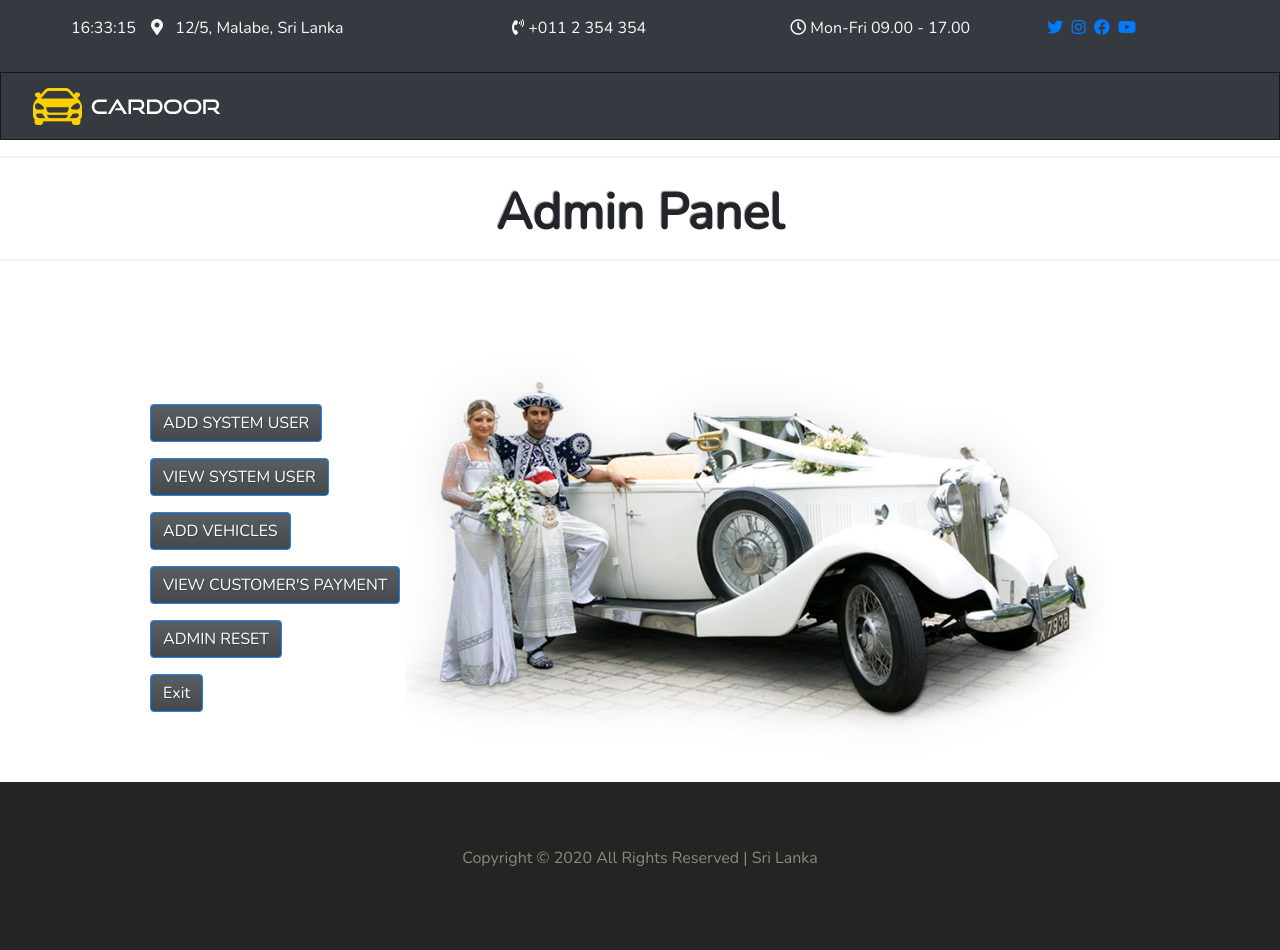
Repository: NipunLakshan99/Cardoor
Page: RentCar/WebContent/index.html
The author's editor kept a copy of each file at every save. The page is drawn from the files as they stood at one save, then again after the next save.
The browser window is 1280 px wide. The pictures show the whole page.
Some web libraries are served in a nearby version.

Above is the page before, as saved 2020-05-15 09:04:06.

### RentCar/WebContent/index.html
<!DOCTYPE html>
<html>
<head>
<meta charset="ISO-8859-1">
<meta http-equiv="Content-Type" content="text/html; charset=ISO-8859-1">
		<link rel="stylesheet" href="https://stackpath.bootstrapcdn.com/bootstrap/4.3.1/css/bootstrap.min.css" integrity="sha384-ggOyR0iXCbMQv3Xipma34MD+dH/1fQ784/j6cY/iJTQUOhcWr7x9JvoRxT2MZw1T" crossorigin="anonymous">
		<link rel="stylesheet" href="https://bootswatch.com/4/slate/bootstrap.min.css" >
        <link rel="stylesheet" href="https://stackpath.bootstrapcdn.com/bootstrap/4.3.1/css/bootstrap.min.css" integrity="sha384-ggOyR0iXCbMQv3Xipma34MD+dH/1fQ784/j6cY/iJTQUOhcWr7x9JvoRxT2MZw1T" crossorigin="anonymous">
        <link href="https://fonts.googleapis.com/css?family=Nunito" rel="stylesheet">
        <link rel="stylesheet" href="https://use.fontawesome.com/releases/v5.8.2/css/all.css" integrity="sha384-oS3vJWv+0UjzBfQzYUhtDYW+Pj2yciDJxpsK1OYPAYjqT085Qq/1cq5FLXAZQ7Ay" crossorigin="anonymous">
        <link rel="stylesheet" href="CSS/stylesheet.css">
        <link rel="shortcut icon" href="CSS/favicon.ico" type="image/x-icon" />

<title>Admin Home</title>
</head>
<style>
 body{
  font-family: 'Nunito';
 }
 </style>
<title>Insert title here</title>
<body onload="startTime()">
<!--- Clock Display ------>
        <script>
            function startTime() {
                var today = new Date();
                var h = today.getHours();
                var m = today.getMinutes();
                var s = today.getSeconds();
                m = checkTime(m);
                s = checkTime(s);
                document.getElementById('txt').innerHTML =
                        h + ":" + m + ":" + s;
                var t = setTimeout(startTime, 500);
            }
            function checkTime(i) {
                if (i < 10) {
                    i = "0" + i
                }
                ;  // add zero in front of numbers < 10
                return i;
            }
        </script>

        <!------------------------------->


        <div class="preloader bg-dark text-light" >
            <div class="preloader-spinner" >


                <div id="header-top" class="d-none d-xl-block">
                    <div class="container">
                        <div class="row">

                            <div class="loader-content">
                                <!--<img src="CSS/img/preloader.gif">-->
                                <p id="txt"></p>

                            </div>

                            <div class="col-lg-3 text-left ">
                                <i class="fas fa-map-marker-alt"></i> &nbsp; 12/5, Malabe, Sri Lanka
                            </div>&nbsp;&nbsp;&nbsp;&nbsp;

                            <div class="col-lg-3 text-center">
                                <i class="fas fa-phone-volume"></i> +011 2 354 354
                            </div>&nbsp;&nbsp;&nbsp;&nbsp;

                            <div class="col-lg-3 text-center">
                                <i class="far fa-clock"></i> Mon-Fri 09.00 - 17.00
                            </div>&nbsp;&nbsp;&nbsp;&nbsp;&nbsp;&nbsp;


                            <div class="header-social-icons text-right">
                                <a href="#"><i class="fab fa-twitter"></i></a>&nbsp;
                                <a href="#"><i class="fab fa-instagram"></i></a>&nbsp;
                                <a href="#"><i class="fab fa-facebook"></i></a>&nbsp;
                                <a href="#"><i class="fab fa-youtube"></i></a>&nbsp;
                            </div>
                        </div>
                    </div>
                </div>
            </div>
        </div>
	 <nav class="navbar navbar-expand-lg navbar-dark bg-dark">
	 <div class="col-lg-4">
                        <a href="index.html" class="logo">
                            <img src="CSS/img/logo.png" alt="JSOFT">
                        </a>
                    </div>
  		<div class="collapse navbar-collapse" id="navbarColor02">
    	<ul class="navbar-nav mr-auto">
        <li class="nav-item active">

  		</div>
		</nav>
        <!-- /.row -->
        <section>

            <hr>
            <h1><b>Admin Panel</b></h1>
            <hr>

	<h1 style="color: #ffffff; margin-left: 580px;"></h1><br/><br/><br/>



	 <div class="btn-group-vertical" data-toggle="buttons">
	 	<a href="editSysform.jsp"><button type="button" class="btn btn-primary">ADD SYSTEM USER</button></a>
 		 <a href="viewsystemuser.jsp"><button type="button" class="btn btn-primary">VIEW SYSTEM USER</button></a>
  		 <a href="vehicleform.html"><button type="button" class="btn btn-primary">ADD VEHICLES</button></a>
  		 <a href="viewbookings.jsp"><button type="button" class="btn btn-primary">VIEW CUSTOMER'S PAYMENT</button></a>
  		 <a href="viewbookings.jsp"><button type="button" class="btn btn-primary">ADMIN RESET</button></a>
 		 <a href="Home.jsp"><button type="button" class="btn btn-primary">Exit</button></a>

	 </div>
	 <img src="CSS/img/vehicle/wedding.jpg" width="700" height="400" class="img"/>
	 <br/>
	 <br/>

 	<section id="adddriver" class="py-5" style=" background-color: #242422;">
		<div class="footer-bottom-area">
        	<div class="container">
           		 <div class="row">
               		 <div class="col-lg-12 text-center">
                    	<p style="color: #8a8a7c;">Copyright &copy; <script>document.write(new Date().getFullYear());</script> All Rights Reserved | Sri Lanka</p>
               		 </div>
            	 </div>
            </div>
        </div>


        </section>
</body>
</html>

### RentCar/WebContent/CSS/stylesheet.css
.btn-group-vertical{

  margin-left: 150px;
}

.align text-light{
	color:black;

}

.bg-light{
	border: 1px solid 	#000000;
    margin-bottom: 25px;
}

.btn-group-vertical input[type=button]{
	width: 100%;
	height: 30px;
 	position: relative;
 	margin-left: 150px;
	}

.adddriverform{
	margin-left: 150px;
}

.viewdrivers{
	margin-left: 150px;
}

.editdriverform{
	margin-left: 150px;
}




.loginform{
		width: 100%;
  		padding: 12px 20px;
  		margin: 8px 0;
  		display: inline-block;
  		border: 1px solid #cc;
  		background: #f1f1f1;
  		box-sizing: border-box;
}

.userimg{
	margin-left:1000px;
}

.adminlogin{
	width:50%;
	margin-left: 350px;
}

.feedbackform{
	margin-left: 150px;
}

#message {
  display:none;
  background: #f1f1f1;
  color: #000;
  position: relative;
  padding: 20px;
  margin-top: 10px;
}

#message p {
  padding: 10px 35px;
  font-size: 18px;
}


.wed img{
	position:absolute;
	left:700px;
	margin-left: 70px;
	top:395px;

}

.benz img{
	position:absolute;
	left:550px;
	margin-left: 70px;
	top:350px;

}


.loginbox{
    width: 320px;
    height: 420px;
    background: #000;
    color: #fff;
    top: 50%;
    left: 50%;
    position: absolute;
    transform: translate(-50%,-50%);
    box-sizing: border-box;
    padding: 70px 30px;
}

.avatar{
    width: 100px;
    height: 100px;
    border-radius: 50%;
    position: absolute;
    top: -50px;
    left: calc(50% - 50px);
}

.loginbox h1{
    margin: 0;
    padding: 0 0 20px;
    text-align: center;
    font-size: 22px;
}

.loginbox p{
    margin: 0;
    padding: 0;
    font-weight: bold;
}

.loginbox input{
    width: 100%;
    margin-bottom: 20px;
}

.loginbox input[type="text"], input[type="password"]
{
    border: none;
    border-bottom: 1px solid #fff;
    background: transparent;
    outline: none;
    height: 40px;
    color: #fff;
    font-size: 16px;
}

.loginbox input[type="password"]
{
	 border: none;
    border-bottom: 1px solid #fff;
    background: transparent;
    outline: none;
    height: 40px;
    color: #fff;
    font-size: 16px;
}
.loginbox input[type="submit"]
{
    border: none;
    outline: none;
    height: 40px;
    background: #fb2525;
    color: #fff;
    font-size: 18px;
    border-radius: 20px;
}
.loginbox input[type="submit"]:hover
{
    cursor: pointer;
    background: #ffc107;
    color: #000;
}
.loginbox a{
    text-decoration: none;
    font-size: 12px;
    line-height: 20px;
    color: darkgrey;
}

.loginbox a:hover
{
    color: #ffc107;
}

.footer {
  position: fixed;
  left: 0;
  bottom: 0;
  width: 100%;
   height: 10%;
  background-color: #242422;
  color: white;
  text-align: center;
}

h1{
	text-align: center;
    font-size: 50px;
}

* {box-sizing: border-box}
/* Full-width input fields */
  input[type=text], input[type=password] {
  width: 100%;
  padding: 15px;
  margin: 5px 0 22px 0;
  display: inline-block;
  border: none;
  background: #f1f1f1;
}

/* Add a background color when the inputs get focus */
input[type=text]:focus, input[type=password]:focus {
  background-color: #ddd;
  outline: none;
}

/* Set a style for all buttons */
 button {
  background-color: #4CAF50;
  color: white;
  padding: 14px 20px;
  margin: 8px 0;
  border: none;
  cursor: pointer;
  width: 100%;
  opacity: 0.9;
}

button:hover {
  opacity:1;
}

/* Extra styles for the cancel button */
.cancelbtn {
  padding: 14px 20px;
  background-color: #f44336;
}

/* Float cancel and signup buttons and add an equal width */
.cancelbtn, .signupbtn {
  float: left;
  width: 50%;
}

/* Add padding to container elements */
.container {
  padding: 16px;
}

/* The Modal (background) */
.modal {
  display: none; /* Hidden by default */
  position: fixed; /* Stay in place */
  z-index: 1; /* Sit on top */
  left: 0;
  top: 0;
  width: 100%; /* Full width */
  height: 100%; /* Full height */
  overflow: auto; /* Enable scroll if needed */
  background-color: #474e5d;
  padding-top: 50px;
}

/* Modal Content/Box */
.modal-content {
  background-color: #fefefe;
  margin: 5% auto 15% auto; /* 5% from the top, 15% from the bottom and centered */
  border: 1px solid #888;
  width: 80%; /* Could be more or less, depending on screen size */
}

/* Style the horizontal ruler */
hr {
  border: 1px solid #f1f1f1;
  margin-bottom: 25px;
}

/* The Close Button (x) */
.close {
  position: absolute;
  right: 35px;
  top: 15px;
  font-size: 40px;
  font-weight: bold;
  color: #f1f1f1;
}

.close:hover,
.close:focus {
  color: #f44336;
  cursor: pointer;
}

/* Clear floats */
.clearfix::after {
  content: "";
  clear: both;
  display: table;
}

/* Change styles for cancel button and signup button on extra small screens */
@media screen and (max-width: 300px) {
  .cancelbtn, .signupbtn {
    width: 100%;
  }
}

.btnbutton{
	background-color: #4CAF50;
  color: white;
  padding: 14px 20px;
  margin: 8px 0;
  border: none;
  cursor: pointer;
  width: 15%;
  opacity: 0.9;
}

After the next save:
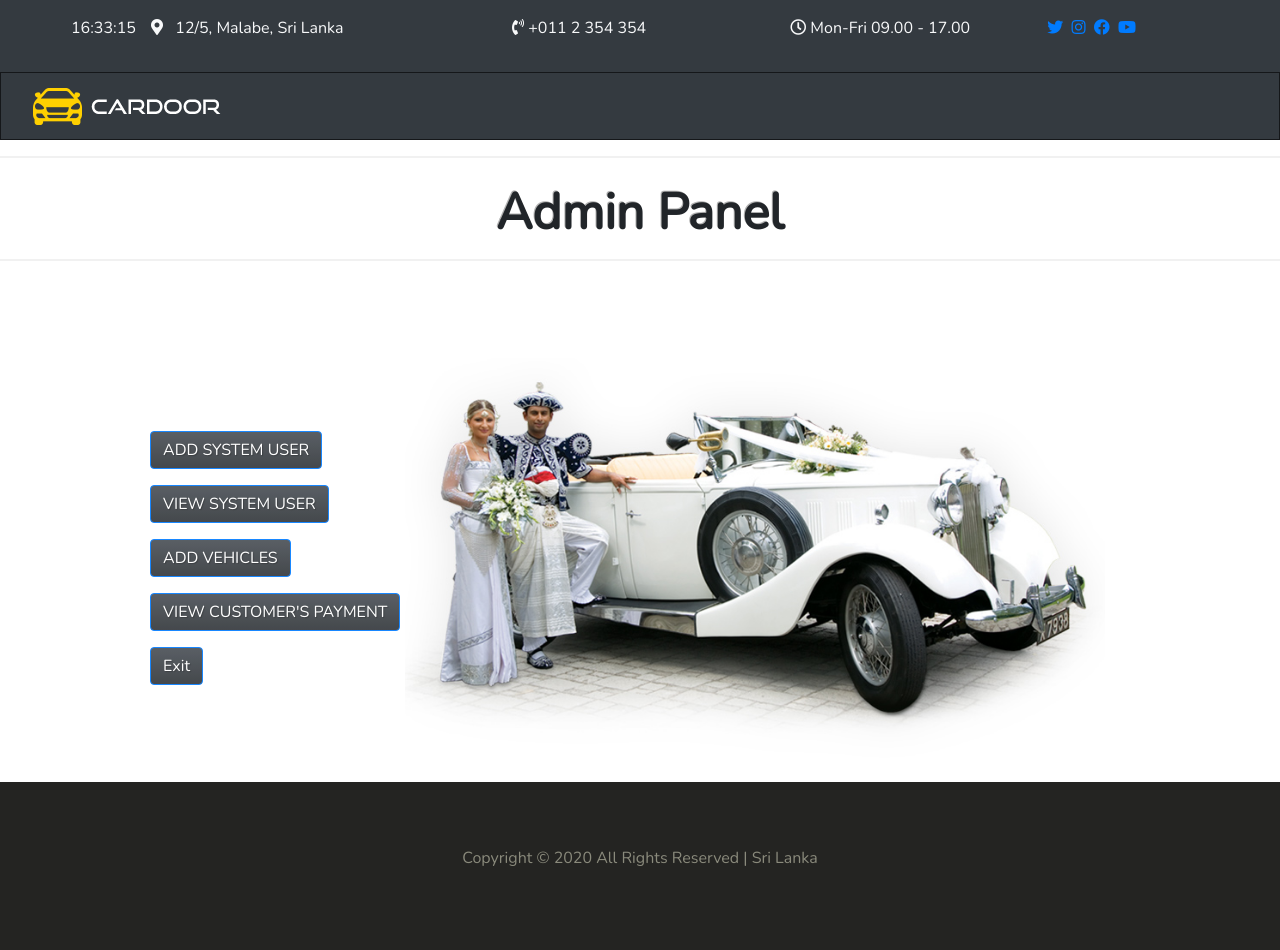
Saved 4 min 39 s later.
--- a/RentCar/WebContent/index.html
+++ b/RentCar/WebContent/index.html
@@ -110,8 +110,7 @@
 	 	<a href="editSysform.jsp"><button type="button" class="btn btn-primary">ADD SYSTEM USER</button></a>
  		 <a href="viewsystemuser.jsp"><button type="button" class="btn btn-primary">VIEW SYSTEM USER</button></a>
   		 <a href="vehicleform.html"><button type="button" class="btn btn-primary">ADD VEHICLES</button></a>
-  		 <a href="viewbookings.jsp"><button type="button" class="btn btn-primary">VIEW CUSTOMER'S PAYMENT</button></a>
-  		 <a href="viewbookings.jsp"><button type="button" class="btn btn-primary">ADMIN RESET</button></a>
+  		 <a href="payment-list.jsp"><button type="button" class="btn btn-primary">VIEW CUSTOMER'S PAYMENT</button></a>
  		 <a href="Home.jsp"><button type="button" class="btn btn-primary">Exit</button></a>
 
 	 </div>
